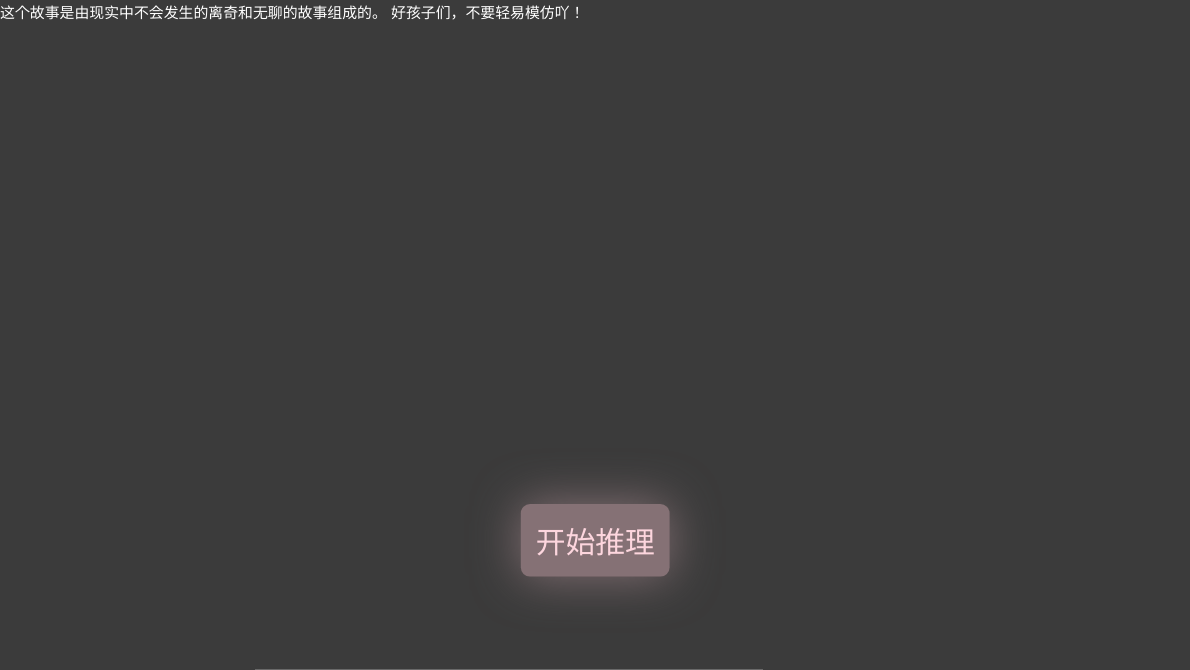
Repository: Jofali/reasoning-genius
Page: /
These files come from the project's save history. The page is drawn as it stood at one moment and after the next save; the edit follows.
The browser window is 1280 px wide. The pictures show the whole page, at 93% of full size.
The project was rebuilt for these pictures with package versions that can differ from the ones it lists, and the page was loaded fresh each time. Also part of the build but not shown: src/part1/part1.css, src/part1/part1.js, src/part2/part2.css, src/part2/part2.js, src/title/title.css, src/title/title.js, src/inventory/inventory.css, src/inventory/inventory.js and 2 more.

Above is the page before, as saved 2019-05-22 17:48:03.

After the next save:
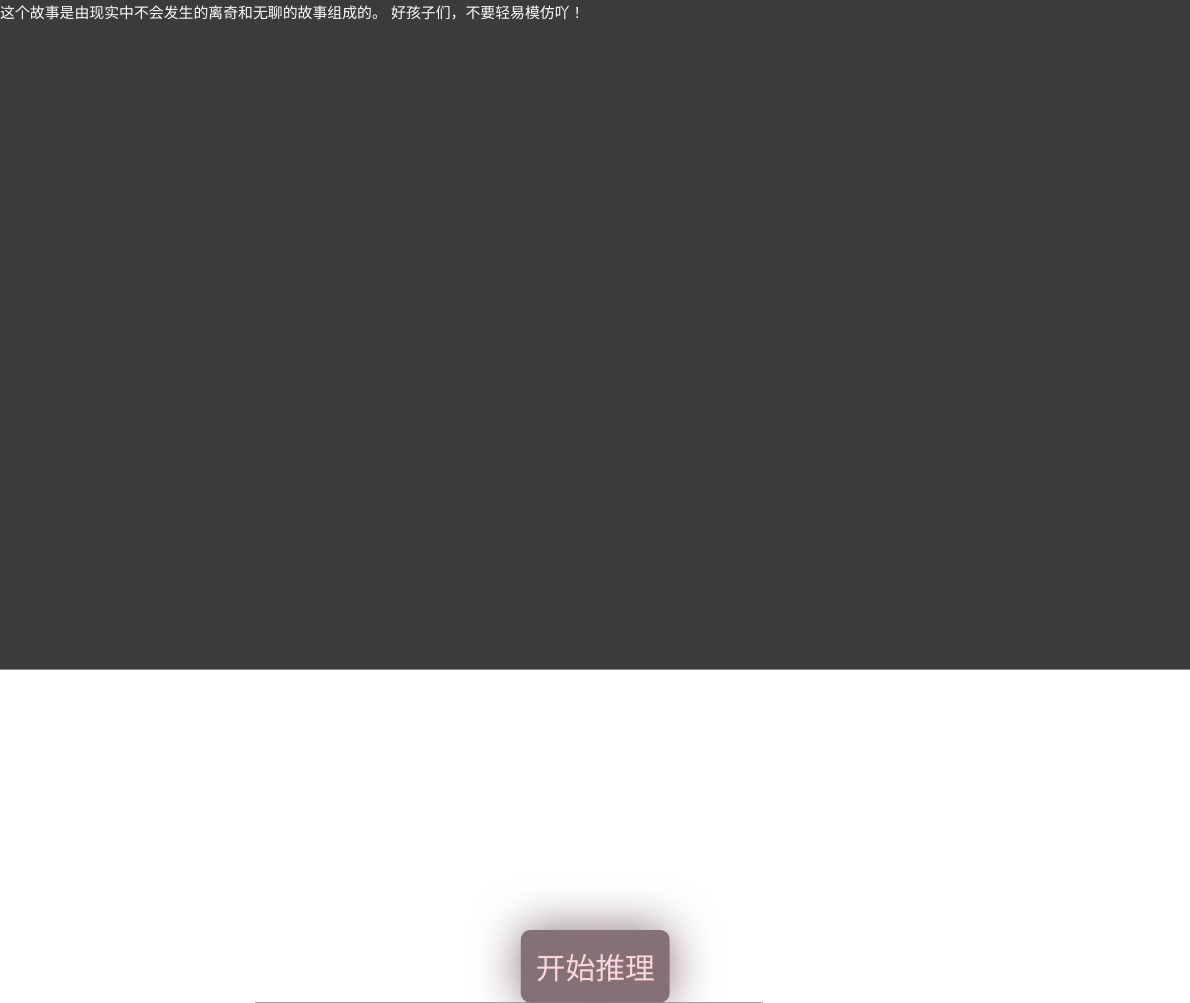
Saved 51 s later.
--- a/src/App.css
+++ b/src/App.css
@@ -10,7 +10,7 @@
 }
 
 .btn-game-begin-status {
-  bottom: 100px;
+  top: 1000px;
   left: 50%;
   background: rgb(133, 113, 117);
   padding: 1rem;
